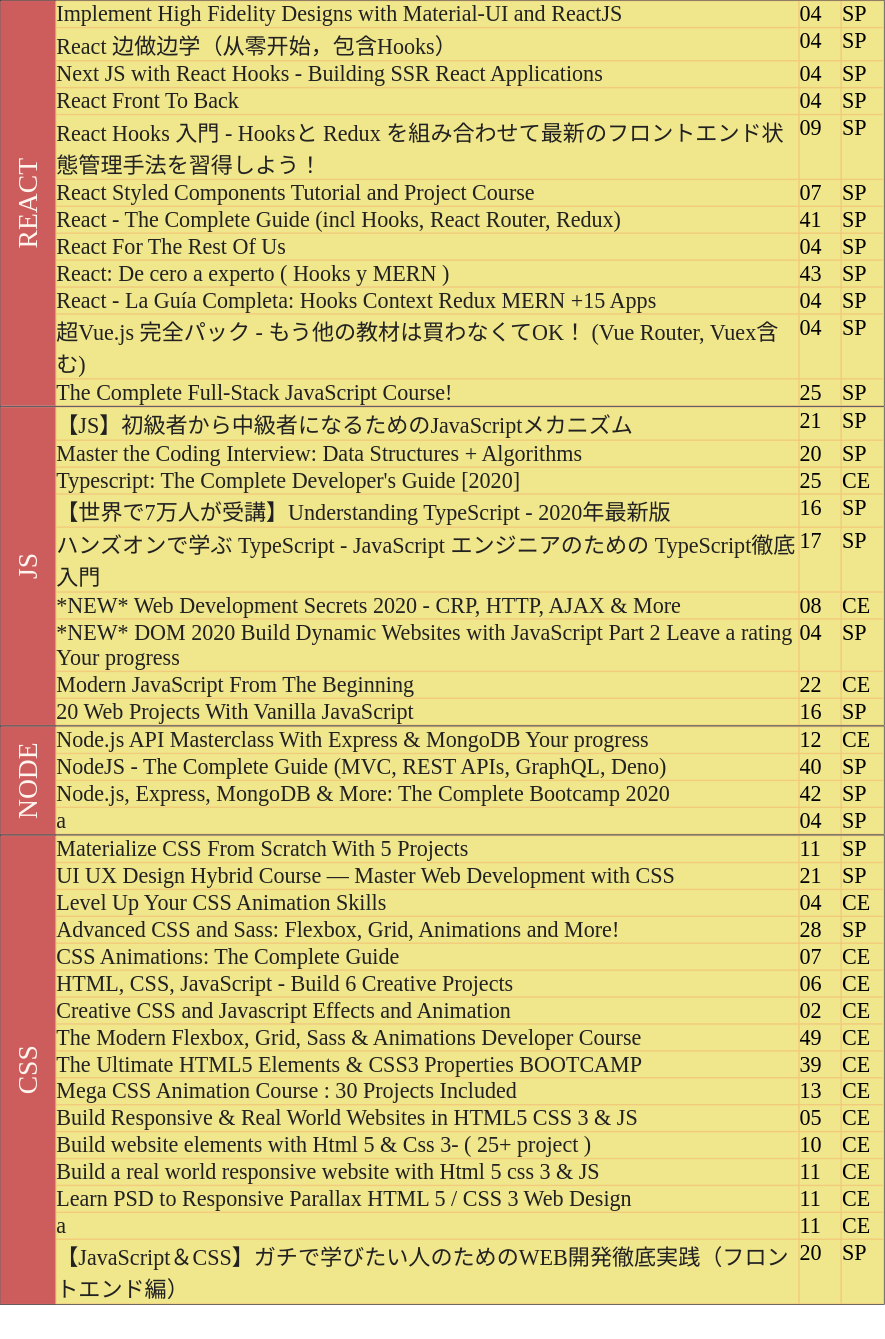
Repository: ClementLight/plan
Page: codicrs.html
The author's editor kept a copy of each file at every save. The page is drawn from the files as they stood at one save, then again after the next save.
The browser window is 1280 px wide. The page is 1282 px wide, so the pictures cover 1282 px, including what lies to the right of the window. The pictures show the whole page, at 69% of full size.

Above is the page before, as saved 2020-08-21 15:52:09.

After the next save:
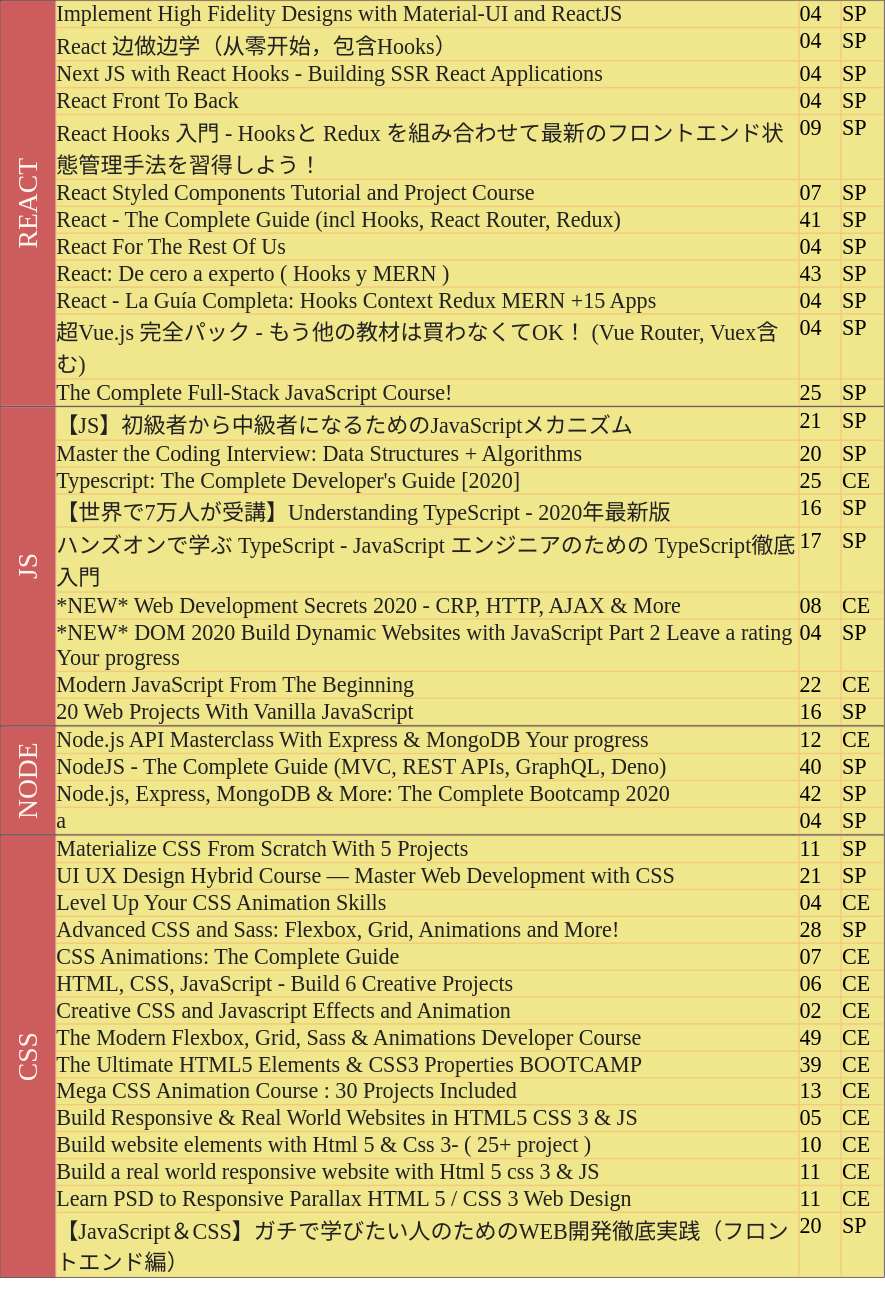
Saved 19 s later.
--- a/codicrs.html
+++ b/codicrs.html
@@ -300,11 +300,7 @@
           <span class="hours">11</span>
           <span class="account">CE</span>
         </div>
-        <div class="lesson">
-          <a class="lessonname" href="">a</a>
-          <span class="hours">11</span>
-          <span class="account">CE</span>
-        </div>
+
         <div class="lesson">
           <a class="lessonname" href="https://www.udemy.com/course/front-dev-tutorial/learn/lecture/17695216?start=477#overview">【JavaScript＆CSS】ガチで学びたい人のためのWEB開発徹底実践（フロントエンド編）</a>
           <span class="hours">20</span>
